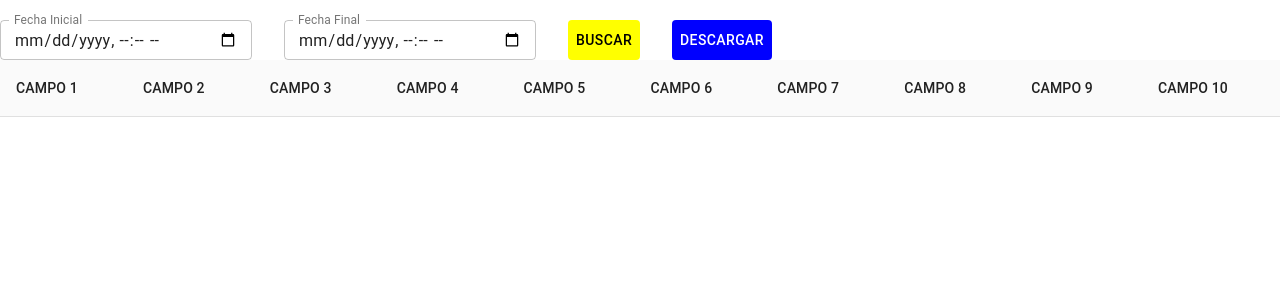
Repository: rafaelpc13/FRONT_RFNEW
Page: /
These files come from the project's save history. The page is drawn as it stood at one moment and after the next save; the edit follows.
The browser window is 1280 px wide. The pictures show the whole page.
The project was rebuilt for these pictures with package versions that can differ from the ones it lists, and the page was loaded fresh each time.

Above is the page before, as saved 2022-10-29 13:25:03.

After the next save:
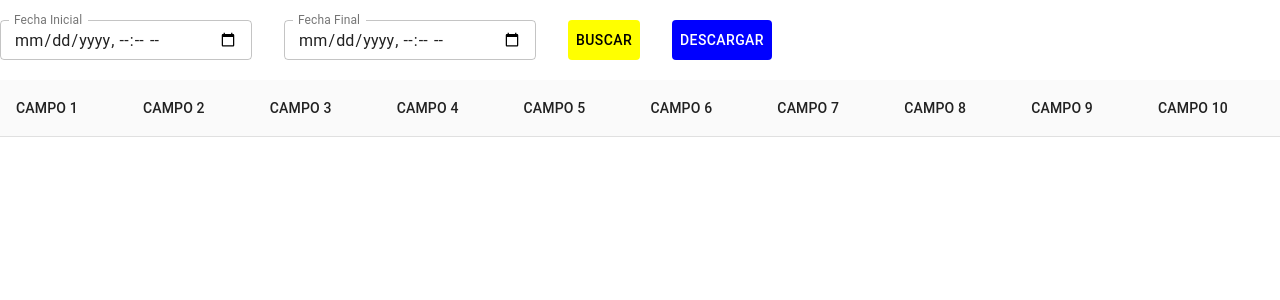
Saved 30 s later.
--- a/src/App.js
+++ b/src/App.js
@@ -5,7 +5,7 @@ import { Input, TextField, Button} from '@material-ui/core'
 function App() {
   return (
     <div className="App" style={{ }}>
-      <div style={{ display: 'flex', marginTop: '20px',gap:'2rem' }}>
+      <div style={{ display: 'flex', marginTop: '20px',gap:'2rem', marginBottom:'20px' }}>
         <TextField
           type="datetime-local"
           label="Fecha Inicial"
